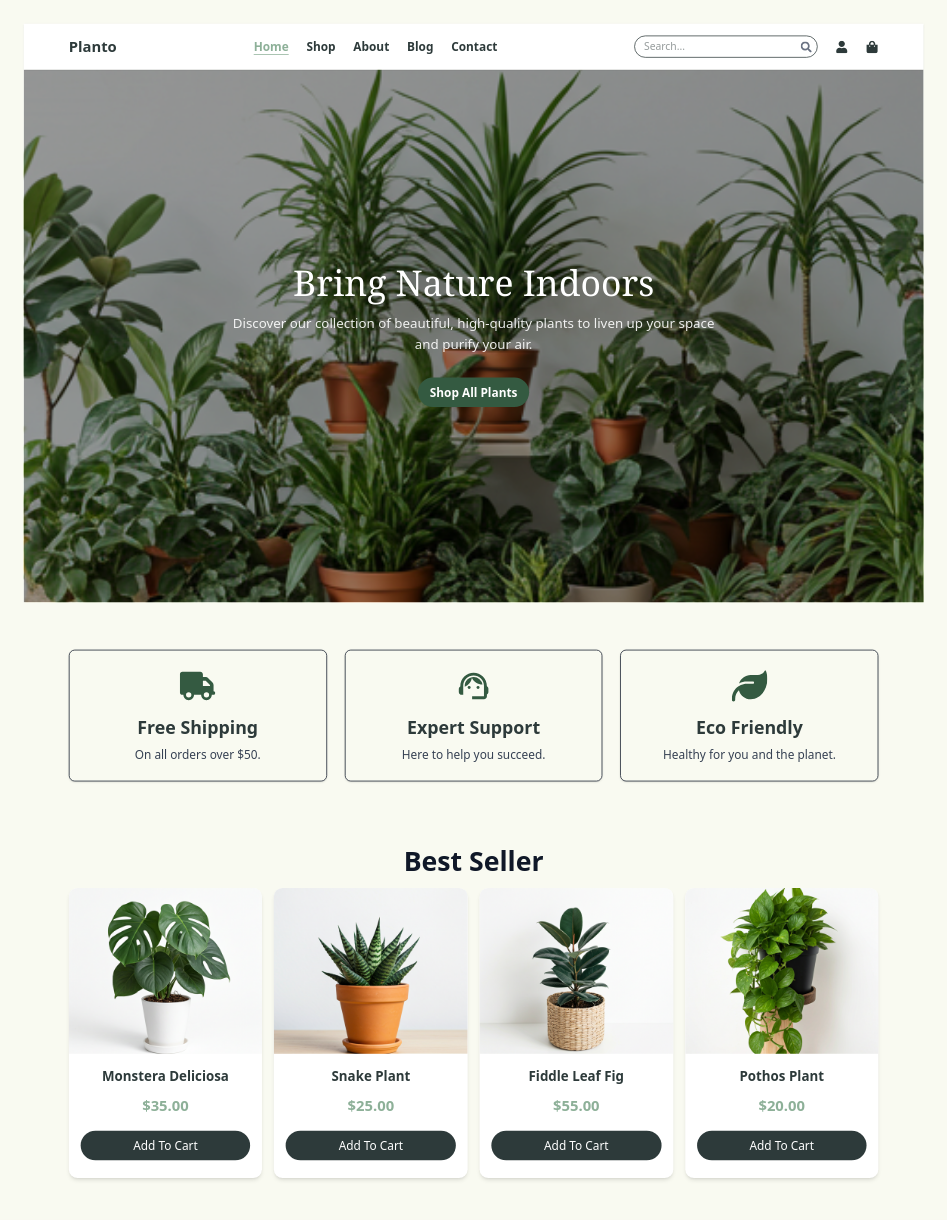
Repository: mazenessam99/Planto
Page: /
An editor plug-in stored every save of this project. The page is shown before and after a run of saves, followed by the edit.
The browser window is 1280 px wide. The pictures show the whole page, at 74% of full size.
The project was rebuilt for these pictures with package versions that can differ from the ones it lists, and the page was loaded fresh each time. Also part of the build but not shown: vite.config.js.

Above is the page before, as saved 2025-11-22 23:24:34.

### index.html
<!doctype html>
<html lang="en">
  <head>
    <meta charset="UTF-8" />
    <link rel="icon" type="image/svg+xml" href="/vite.svg" />
    <meta name="viewport" content="width=device-width, initial-scale=1.0" />
    <title>plants_website</title>
  </head>
  <body>
    <div id="root"></div>
    <script type="module" src="/src/main.jsx"></script>
  </body>
</html>

### src/index.css
@import "tailwindcss";
@import "tailwindcss/theme" layer(theme);
@theme {
  --color-primary: #2D3A3A;
  --color-forest:#386641;
  --color-green:#345A41;
  --color-secondary: #8DB098;
  --color-Terracotta: #C27357;
  --color-sky:#B0D0D3;
  --font-cairo: "Cairo", sans-serif;
  --spacing-128: 32rem;
}

/* ----- BASE ----- */
@layer base {
  body {
    @apply  bg-[#F9FAF1] text-gray-900;
  }
}

/* ----- COMPONENTS ----- */
@layer components {
  .btn {
    @apply bg-primary text-white px-4 py-2 rounded-full cursor-pointer ;
  }
  .btn-green{
    @apply bg-green ;
  }

  .card {
    @apply bg-white p-6 rounded-xl shadow;
  }

}
/* Scrollbar width */
::-webkit-scrollbar {
  width: 8px;
}

/* Scrollbar track  */
::-webkit-scrollbar-track {
  background: #2D3A3A;
  border-radius: 8px;
}

/* Scrollbar thumb  */
::-webkit-scrollbar-thumb {
  background-color: #8DB098;
  border-radius: 8px;
}

::-webkit-scrollbar-thumb:hover {
  background-color: #789983;
}

.container{
  width:90%;
  margin:0 auto;
}

### src/App.jsx

import './App.css'
import Button from './components/ui/Button'
import Home from './pages/Home'

function App() {


  return (
    <>
      <Home/>


    </>
  )
}

export default App

### src/components/ui/Button.jsx
const Button = ({ children, className = "",variant="", ...props }) => {
    return (
        <button className={`btn btn-${variant} ${className}`} {...props}>
            {children}
        </button>
    )
}

export default Button

### src/pages/Home.jsx
import BestSeller from '../components/layout/BestSeller'
import DeliveryCard from '../components/layout/DeliveryCard'
import Hero from '../components/layout/Hero'
import Navbar from '../components/layout/Navbar'

const Home = () => {
  return (
    <div>
        <Navbar/>
        <Hero/>
        <DeliveryCard/>
        <BestSeller/>
    </div>
  )
}

export default Home

### src/components/layout/BestSeller.jsx
import React from 'react'
import { BESTSELLER_CARDS } from '../../utils/constants';
import ProductCard from '../ui/ProductCard';

const BestSeller = () => {
  return (
    <section className='container py-6'>
        <h2 className="text-4xl text-center font-bold mb-4">Best Seller</h2>
        <div className='grid grid-cols-1 sm:grid-cols-2 lg:grid-cols-4 gap-4'>
            {BESTSELLER_CARDS.map((card,index)=>(
                <ProductCard src={card.src} title={card.title} price={card.price}/>
        ))}
        </div>

    </section>
  )
}

export default BestSeller;

### src/components/layout/DeliveryCard.jsx
import { motion } from "framer-motion";
import { DELIVERY_CARDS } from "../../utils/constants";
import { FaTruck, FaLeaf } from "react-icons/fa6";
import { MdSupportAgent } from "react-icons/md";

const icons = {
  truck: <FaTruck />,
  support: <MdSupportAgent />,
  leaf: <FaLeaf />,
};

const DeliveryCards = () => {
  return (
    <section className="container py-16">
      <div className="grid grid-cols-1 sm:grid-cols-2 lg:grid-cols-3 gap-6">
        {DELIVERY_CARDS.map((card, index) => (
          <div key={card.id} className="flex flex-col items-center justify-center text-center p-6 border rounded-lg shadow hover:shadow-lg  transition">
            <div className="text-5xl text-green">
              {icons[card.icon]}
            </div>
            <h3 className="mt-4 mb-2 font-bold text-xl md:text-2xl text-primary">{card.title}</h3>
            <p className="text-gray-700 ">{card.desc}</p>
          </div>
        ))}

      </div>
    </section>
  );
};

export default DeliveryCards;

### src/components/layout/Hero.jsx
import { motion } from "framer-motion";
import HeroImg from "../../assets/images/Hero.png";
import Button from "../ui/Button";

const Hero = () => {
  return (
    <section
      className="relative h-screen overflow-hidden"
    >

      <motion.div
        className="absolute inset-0 bg-cover bg-center"
        style={{ backgroundImage: `url(${HeroImg})` }}
        animate={{ scale: [1, 1.05, 1] }}
        transition={{ duration: 10, repeat: Infinity, ease: "easeInOut" }}
      />

      {/* Overlay */}
      <div className="absolute inset-0 bg-black/40"></div>

      <div className="relative z-10 flex flex-col items-center justify-center h-full px-4 md:px-0 space-y-4 text-center">
        <motion.h1
          initial={{ y: -20, opacity: 0 }}
          animate={{ y: 0, opacity: 1 }}
          transition={{ duration: 0.8 }}
          className="text-white text-2xl md:text-4xl lg:text-5xl font-serif"
        >
          Bring Nature Indoors
        </motion.h1>

        <motion.h2
          initial={{ y: 20, opacity: 0 }}
          animate={{ y: 0, opacity: 1 }}
          transition={{ duration: 0.8, delay: 0.3 }}
          className="text-white/90 text-sm md:text-base lg:text-lg max-w-2xl font-normal"
        >
          Discover our collection of beautiful, high-quality plants to liven up your space and purify your air.
        </motion.h2>

        <motion.div
          initial={{ scale: 0.8, opacity: 0 }}
          animate={{ scale: 1, opacity: 1 }}
          transition={{ duration: 0.5, delay: 0.6 }}
        >
          <Button className="btn-green font-bold mt-4">Shop All Plants</Button>
        </motion.div>
      </div>
    </section>
  );
};

export default Hero;

### src/components/layout/Navbar.jsx
import { useState } from "react";
import { NavLink } from "react-router-dom";
import { NAVBAR_LINKS } from "../../utils/constants";
import { FaBars, FaSearch, FaUser, FaShoppingBag } from "react-icons/fa";
import { IoClose } from "react-icons/io5";
import { motion, AnimatePresence } from "framer-motion";

const Navbar = () => {
    const [menuOpen, setMenuOpen] = useState(false);

    return (
        <nav className="bg-white shadow sticky top-0 z-50 ">
            <div className="container flex justify-between items-center py-4">
                {/* Logo */}
                <a href="/" className="text-primary text-xl font-bold">Planto</a>

                {/* Desktop Links */}
                <ul className="hidden md:flex gap-6 items-center">
                    {NAVBAR_LINKS.map((link) => (
                        <li key={link.id}>
                            <NavLink
                                to={link.path}
                                className={({ isActive }) =>
                                    `text-primary font-semibold transition hover:text-secondary
                                ${isActive ? "text-secondary underline underline-offset-4" : ""}`
                                }
                            >
                                {link.label}
                            </NavLink>
                        </li>
                    ))}
                </ul>

                {/* Desktop Icons + Search */}
                <div className="hidden md:flex gap-6 items-center text-primary">
                    {/* Search input */}
                    <div className="relative">
                        <input
                            type="text"
                            placeholder="Search..."
                            className="border rounded-full pl-3 pr-8 py-1 text-sm focus:outline-none focus:ring-2 focus:ring-secondary"
                        />
                        <FaSearch size={15} className="absolute right-2 top-2 text-gray-500" />
                    </div>

                    <FaUser size={17} className="cursor-pointer hover:text-secondary" />
                    <FaShoppingBag size={17} className="cursor-pointer hover:text-secondary" />
                </div>

                {/* Mobile menu button */}
                <button
                    className="md:hidden text-primary"
                    onClick={() => setMenuOpen(true)}
                    aria-label="Open menu"
                    aria-expanded={menuOpen}
                >
                    <FaBars size={22} />
                </button>
            </div>

            {/* Mobile overlay + drawer (AnimatePresence for exit animation) */}
            <AnimatePresence>
                {menuOpen && (
                    <motion.div
                        className="md:hidden fixed inset-0 z-40"
                        initial={{ opacity: 0 }}
                        animate={{ opacity: 1 }}
                        exit={{ opacity: 0 }}
                        onClick={() => setMenuOpen(false)}
                    >
                        {/* Drawer */}
                        <motion.div
                            className="bg-white w-72 h-full shadow-lg p-6"
                            initial={{ x: "-100%" }}
                            animate={{ x: 0 }}
                            exit={{ x: "-100%" }}
                            transition={{ type: "linear", duration: 0.4 }}
                            onClick={(e) => e.stopPropagation()}
                        >
                            {/* Close */}
                            <div className="flex justify-between items-center mb-6">
                                <a href="/" className="text-lg font-bold text-primary">Planto</a>
                                <button onClick={() => setMenuOpen(false)} aria-label="Close menu">
                                    <IoClose size={26} className="text-primary" />
                                </button>
                            </div>

                            {/* Mobile Search */}
                            <div className="mb-4">
                                <div className="relative">
                                    <input
                                        type="text"
                                        placeholder="Search..."
                                        className="w-full border rounded-full pl-3 pr-8 py-2 text-sm focus:outline-none focus:ring-2 focus:ring-secondary"
                                    />
                                    <FaSearch size={15} className="absolute right-3 top-3 text-gray-500" />
                                </div>
                            </div>

                            {/* Links */}
                            <ul className="flex flex-col gap-4 text-primary font-semibold">
                                {NAVBAR_LINKS.map((link) => (
                                    <li key={link.id}>
                                        <NavLink
                                            to={link.path}
                                            onClick={() => setMenuOpen(false)}
                                            className={({ isActive }) =>
                                                `block py-2 ${isActive ? "text-secondary" : ""}`
                                            }
                                        >
                                            {link.label}
                                        </NavLink>
                                    </li>
                                ))}
                            </ul>

                            {/* Icons */}
                            <div className="flex gap-4 mt-6 text-primary">
                                <FaUser size={18} />
                                <FaShoppingBag size={18} />
                            </div>
                        </motion.div>
                    </motion.div>
                )}
            </AnimatePresence>
        </nav>
    );
};

export default Navbar;

### src/utils/constants.js
import img1 from "../../src/assets/images/Featured_1.png";
import img2 from "../../src/assets/images/Featured_2.png";
import img3 from "../../src/assets/images/Featured_3.png";
import img4 from "../../src/assets/images/Featured_4.png";
// Navbar_Links
export const NAVBAR_LINKS = [
    { id: 1, label: 'Home', path: '/' },
    { id: 2, label: 'Shop', path: '/shop' },
    { id: 3, label: 'About', path: '/about' },
    { id: 4, label: 'Blog', path: '/blog' },
    { id: 5, label: 'Contact', path: '/contact' },
];

// Delivery_Cards
export const DELIVERY_CARDS = [
    { id: 1, icon: "truck", title: "Free Shipping", desc: "On all orders over $50." },
    { id: 2, icon: "support", title: "Expert Support", desc: "Here to help you succeed." },
    { id: 3, icon: "leaf", title: "Eco Friendly", desc: "Healthy for you and the planet." },
];

// BESTSELLER_CARDS
export const BESTSELLER_CARDS=[
    {id:1,src:img1,title:'Monstera Deliciosa',price:'$35.00'},
    {id:2,src:img2,title:'Snake Plant',price:'$25.00'},
    {id:3,src:img3,title:'Fiddle Leaf Fig',price:'$55.00'},
    {id:4,src:img4,title:'Pothos Plant',price:'$20.00'}
]

### src/components/ui/ProductCard.jsx
import Button from "./Button";

const ProductCard = ({src,title,price,showButton=true,buttonText='Add To Cart'}) => {
  return (
    <div className="bg-white rounded-xl shadow-md overflow-hidden flex flex-col hover:shadow-xl transition-all">
      <div className="w-full h-56  ">
        <img src={src} className="w-full h-full object-cover hover:scale-110 transition duration-500" alt={title}/>
      </div>
      <div className="p-4 flex flex-col gap-3">
        <h3 className="text-lg font-semibold text-primary">{title}</h3>
      <p className="font-bold text-xl text-secondary">{price}</p>
      {showButton&&(
        <Button className="my-2">
          {buttonText}
        </Button>
      )}
      </div>

    </div>
  )
}

export default ProductCard;

Loaded but not shown: src/main.jsx (common file); src/App.css (common file)

After the next 2 saves:
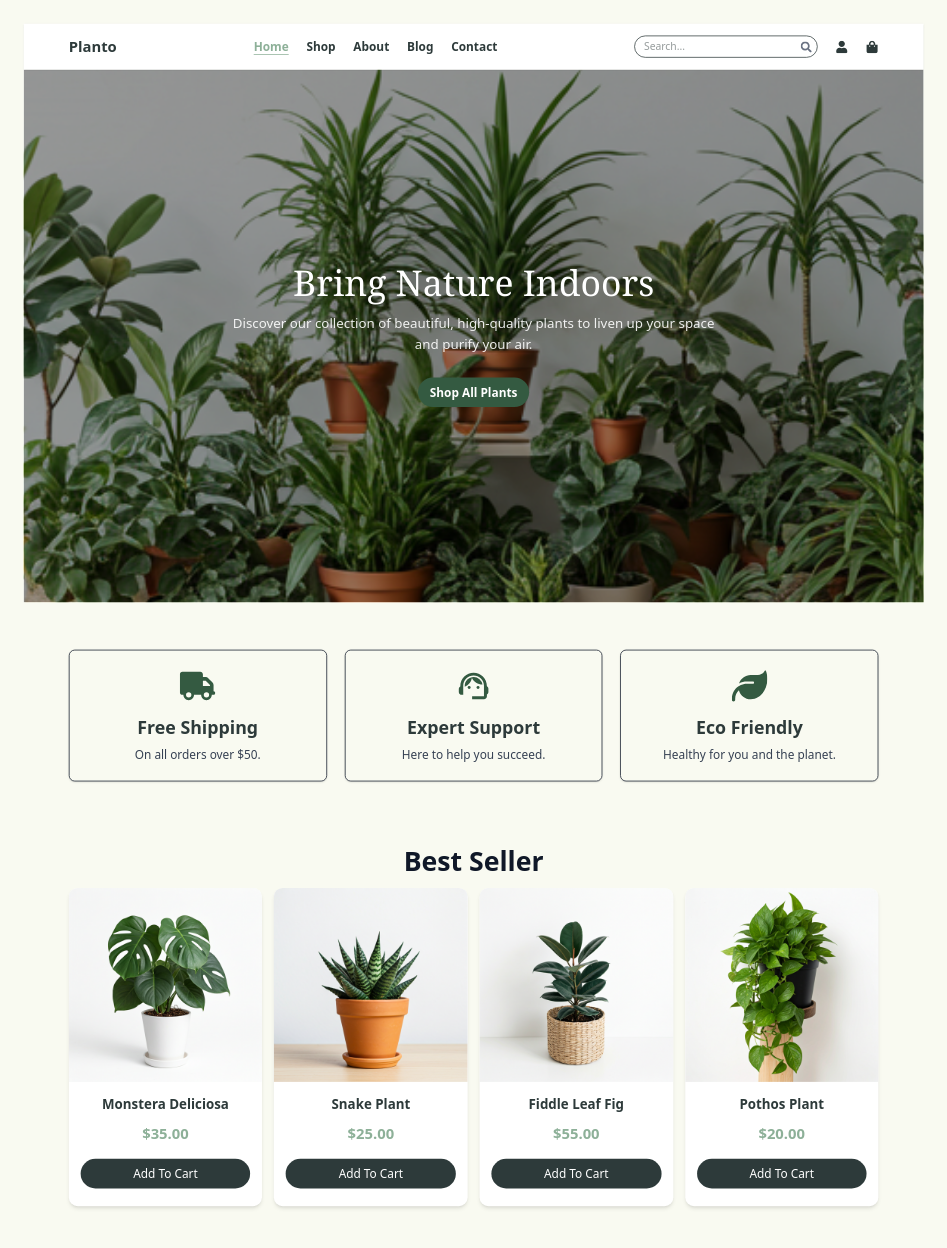
The 2 saves are shown as one change because they came seconds apart.
The last was saved 17 s later.
--- a/src/components/ui/ProductCard.jsx
+++ b/src/components/ui/ProductCard.jsx
@@ -3,7 +3,7 @@ import Button from "./Button";
 const ProductCard = ({src,title,price,showButton=true,buttonText='Add To Cart'}) => {
   return (
     <div className="bg-white rounded-xl shadow-md overflow-hidden flex flex-col hover:shadow-xl transition-all">
-      <div className="w-full h-56  ">
+      <div className="w-full h-  ">
         <img src={src} className="w-full h-full object-cover hover:scale-110 transition duration-500" alt={title}/>
       </div>
       <div className="p-4 flex flex-col gap-3">
